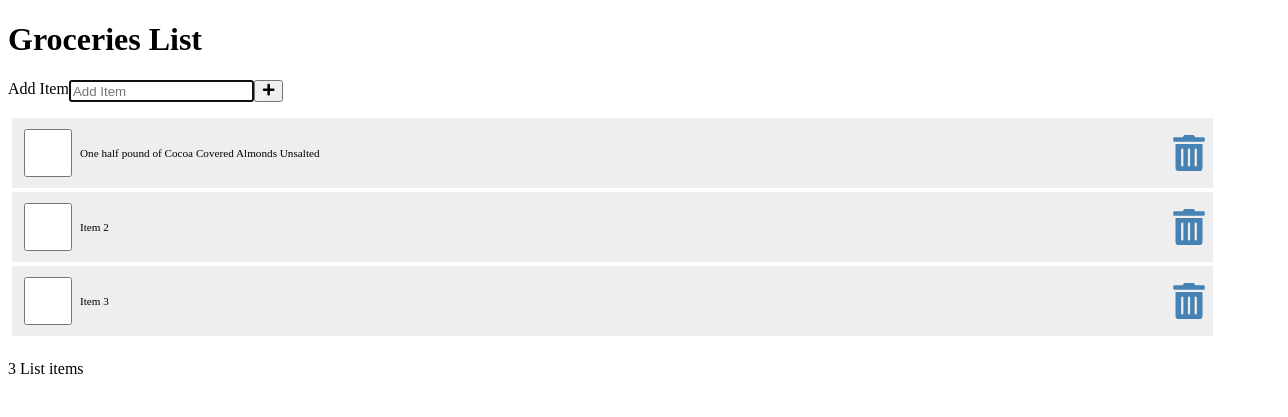
Repository: akinmiday/react-series
Page: /
The author's editor kept a copy of each file at every save. The page is drawn from the files as they stood at one save, then again after the next save.
The browser window is 1280 px wide. The page is 1280 px wide, then 1288 px, so the pictures cover 1288 px, including what lies to the right of the window. The pictures show the whole page.
The project was rebuilt for these pictures with package versions that can differ from the ones it lists, and the page was loaded fresh each time. Also part of the build but not shown: vite.config.js, src/index.css.

Above is the page before, as saved 2023-08-22 06:12:08.

### src/App.jsx
import { useState } from 'react'
import './App.css'
import Content from './Content'
import Footer from './Footer'
import Header from './Header'
import AddItem from './AddItem'

const App = () => {
  const [items, setItems] = useState([
    {
      id: 1,
      checked: false,
      item: "One half pound of Cocoa Covered Almonds Unsalted"
    },
    {
      id: 2,
      checked: false,
      item: "Item 2"
    },
    {
      id: 3,
      checked: false,
      item: "Item 3"

    }
  ])

  const handleCheck = (id) => {
    const listItems = items.map((item) => item.id === id ? { ...item, checked: !item.checked } : item)
    setItems(listItems)
    localStorage.setItem("shoppinglist", JSON.stringify(listItems))
  }

  const handleDelete = (id) => {
    const listItems = items.filter((item) => item.id !== id)
    setItems(listItems)
    localStorage.setItem("shoppinglist", JSON.stringify(listItems))
  }

  return (
    <>
      <Header title="Groceries List" />
      <AddItem />
      <Content
        items={items}
        handleCheck={handleCheck}
        handleDelete={handleDelete}
      />
      <Footer length={items.length} />
    </>
  )
}

export default App

### src/App.css
ul {
    width: 95%;
    list-style: none;
    padding: 0 0.25rem 0.25rem;
}

ul li::before{
    content: "\200B";
}

.item{
    display: flex;
    justify-content: flex-start;
    align-items: center;
    padding: 0.5rem 0 0.5rem 0.5rem;
    margin: 0.25rem 0;
    background-color: #eee;
}

.item input[type="checkbox"] {
    text-align: center;
    width: 2.5rem;
    width: 48px;
    min-width: 48px;
    height: 2.5rem;
    height: 48px;
    min-height: 48px;
    cursor: pointer;
    margin-right: 0.5rem;
}

.item input[type="checkbox"]:focus + label{
text-decoration: underline;
}

.item > label{
    font-size: 0.7rem;
    flex-grow: 1;
}

.item svg{
    width: 48px;
    min-width: 48px;
    height: 36px;
    font-size: 2px;
    color: steelblue;
    cursor: pointer;
}

.item svg:focus,
.item svg:hover{
    color: red;
    outline: none;
}

.addForm{
    width: 100%;
    display: flex;
    justify-content: flex-start;
    margin: 0.5rem 0 0;
}

### src/Content.jsx
/* eslint-disable react/prop-types */

import ItemList from "./ItemList"


const Content = ({ items, handleCheck, handleDelete }) => {

    return (
        <>
            {items.length ? (
                <ItemList
                    items={items}
                    handleCheck={handleCheck}
                    handleDelete={handleDelete}
                />
            ) : (
                <p style={{ marginTop: '2rem' }} >Your List is empty</p >
            )}
        </>
    )
}

export default Content

### src/Footer.jsx
// eslint-disable-next-line react/prop-types
const Footer = ({ length }) => {

  return (
    <div>
      <p>{length} List {length <= 1 ? "item" : "items"}  </p>
    </div>
  )
}

export default Footer

### src/Header.jsx
// eslint-disable-next-line react/prop-types
const Header = ({ title }) => {
    return (
        <header>
            <h1>{title}</h1>
        </header>
    )
}

export default Header

### src/AddItem.jsx
import { FaPlus } from "react-icons/fa"
function AddItem() {
    return (
        <form className="addForm">
            <label htmlFor="addItem">Add Item</label>
            <input
                autoFocus
                id="addItem"
                type="text"
                placeholder="Add Item"
                required
            />
            <button
                type="submit"
                aria-label="Add Item">
                <FaPlus />
            </button>

        </form>
    )
}

export default AddItem

### src/ItemList.jsx
/* eslint-disable react/prop-types */
import LineItem from "./LineItem"

const ItemList = ({ items, handleCheck, handleDelete }) => {
    return (
        <ul>
            {items.map((item) => (
                <LineItem
                    key={item.id}
                    item={item}
                    handleCheck={handleCheck}
                    handleDelete={handleDelete}
                />
            ))}
        </ul>
    )
}

export default ItemList

### src/LineItem.jsx
/* eslint-disable react/prop-types */
import { FaTrashAlt } from "react-icons/fa"

const LineItem = ({ item, handleCheck, handleDelete }) => {
    return (
        <li className='item'>
            <input
                type='checkbox'
                checked={item.checked}
                onChange={() => handleCheck(item.id)}
            />
            <label
                style={(item.checked) ? { textDecoration: 'line-through' } : null}
                onDoubleClick={() => handleCheck(item.id)}
            >{item.item}</label>
            <FaTrashAlt
                onClick={() => handleDelete(item.id)}
                role='button'
                tabIndex="0"
                aria-label={`Delete ${item.item}`}
            />
        </li>
    )
}

export default LineItem

Loaded but not shown: index.html (common file); src/main.jsx (common file)

After the next save:
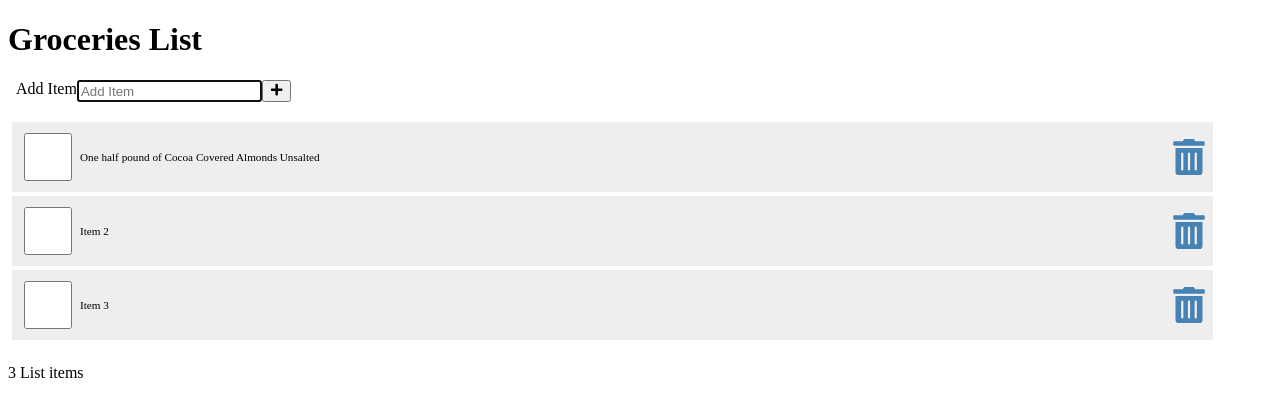
Saved 25 s later.
--- a/src/App.css
+++ b/src/App.css
@@ -58,4 +58,5 @@ text-decoration: underline;
     display: flex;
     justify-content: flex-start;
     margin: 0.5rem 0 0;
+    padding: 0 0.5rem 0.25rem;
 }
